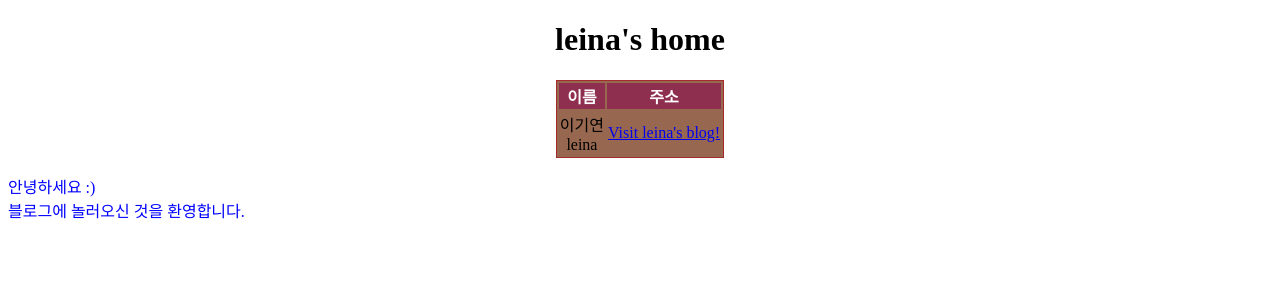
Repository: trapezer84/JSP
Page: http://localhost/ACA_Assignment0203/
These files come from the project's save history. The page is drawn as it stood at one moment and after the next save; the edit follows.
The browser window is 1280 px wide. The pictures show the whole page.
The page is served by Tomcat 9. Other server files are loaded and not shown.

Above is the page before, as saved 2016-02-03 07:52:06.

### ACA_Assignment0203/WebContent/index.jsp
<%@ page language="java" contentType="text/html; charset=UTF-8"
    pageEncoding="UTF-8"%>
<!DOCTYPE html PUBLIC "-//W3C//DTD HTML 4.01 Transitional//EN" "http://www.w3.org/TR/html4/loose.dtd">
<html>
<head>
<meta http-equiv="Content-Type" content="text/html; charset=UTF-8">
<title>welcome to leina'a world! </title>
<style>
	table.tb1 {
		width: 270;
		height: 100;
		background-color: #97684F;
		border: 1px solid brown;
		padding: 15;
		align: center;
	}
	table.tb1 th {
		background-color: #8F2F4F;
	}
</style>
</head>
<body>
	<h1 align="center">leina's home</h1>

	<table class="tb1" align="center">
		<tr>
			<th><span style="color:white">이름</span></th>
			<th><span style="color:white">주소</span></th>
		</tr>

		<tr>
			<td align="center">이기연 <br />leina </td>
			<td><a href="http://kiyeonlee.com">Visit leina's blog!</a></td>
		</tr>
	</table>

	<div style="color:blue">
		<p> 안녕하세요 :) <br />
			블로그에 놀러오신 것을 환영합니다. <br />
		</p>
	</div>

</body>
</html>

After the next save:
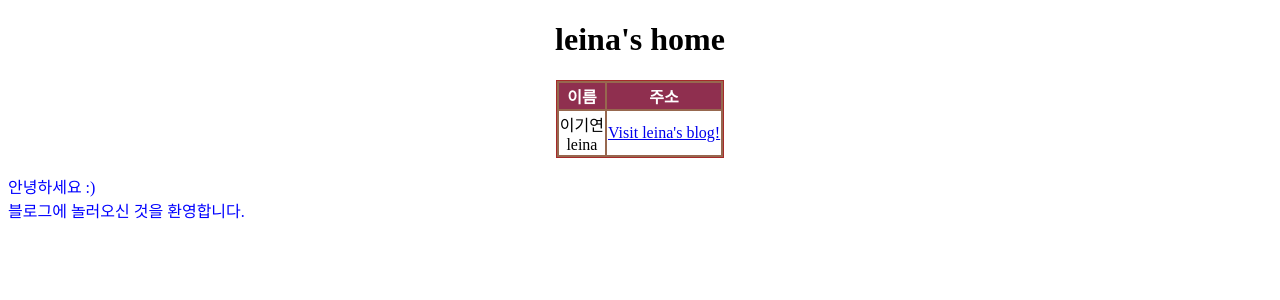
Saved 84 s later.
--- a/ACA_Assignment0203/WebContent/index.jsp
+++ b/ACA_Assignment0203/WebContent/index.jsp
@@ -16,6 +16,9 @@
 	}
 	table.tb1 th {
 		background-color: #8F2F4F;
+	}
+	table.tb1 td {
+		background-color: white;
 	}
 </style>
 </head>
